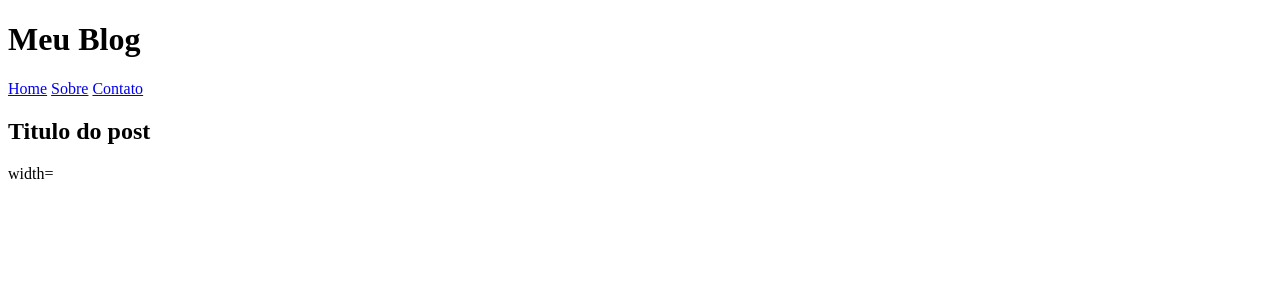
Repository: RenatoCCS/Mais1Code
Page: Rocketseat/Fundamentar/01 - O guia estelar de HTML/Desafios/Blog Post/index.html
The author's editor kept a copy of each file at every save. The page is drawn from the files as they stood at one save, then again after the next save.
The browser window is 1280 px wide. The pictures show the whole page.

Above is the page before, as saved 2022-04-05 21:13:30.

After the next save:
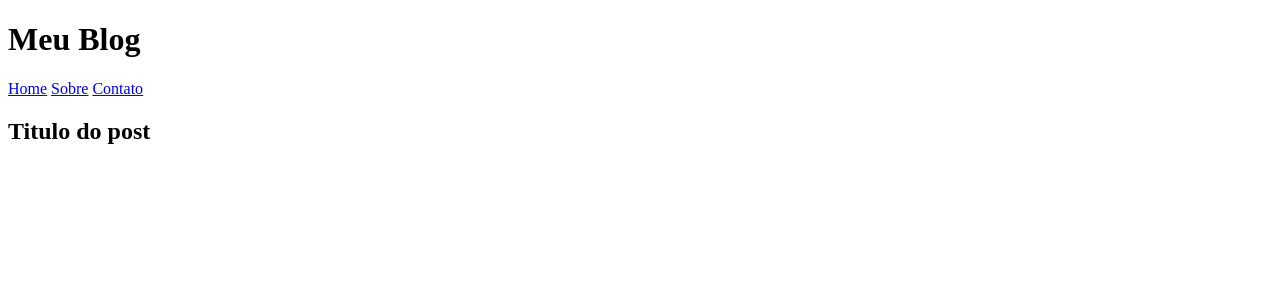
Saved 13 s later.
--- a/Rocketseat/Fundamentar/01 - O guia estelar de HTML/Desafios/Blog Post/index.html
+++ b/Rocketseat/Fundamentar/01 - O guia estelar de HTML/Desafios/Blog Post/index.html
@@ -15,7 +15,7 @@
     </header>
 
     <article><h2>Titulo do post</h2>
-width=
+
 
 
 
